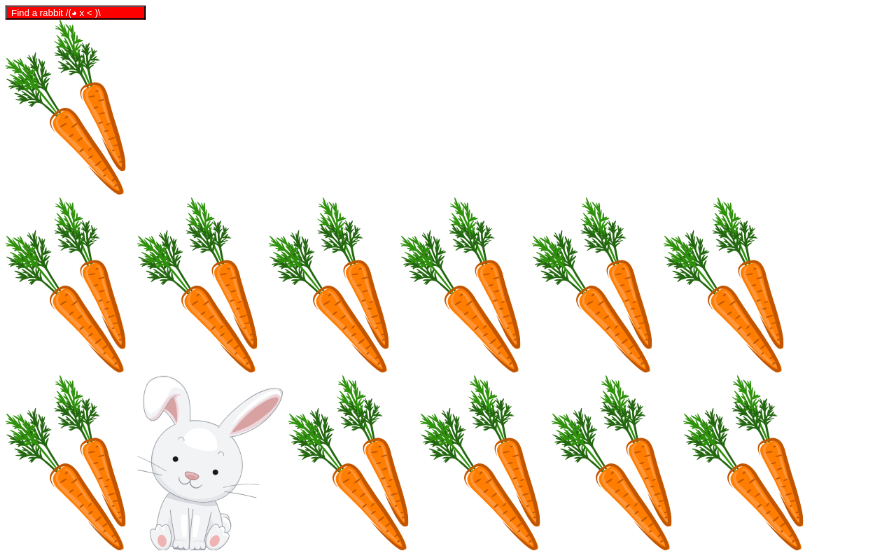
Repository: DongjaJ/Browser
Page: rabbits practice/index.html
The author's editor kept a copy of each file at every save. The page is drawn from the files as they stood at one save, then again after the next save.
The browser window is 1280 px wide. The pictures show the part of the page from y = 0 to 1920 px (the page is 798 px tall before and 3845 px after), at 70% of full size.

Above is the page before, as saved 2022-09-14 22:59:33.

After the next save:
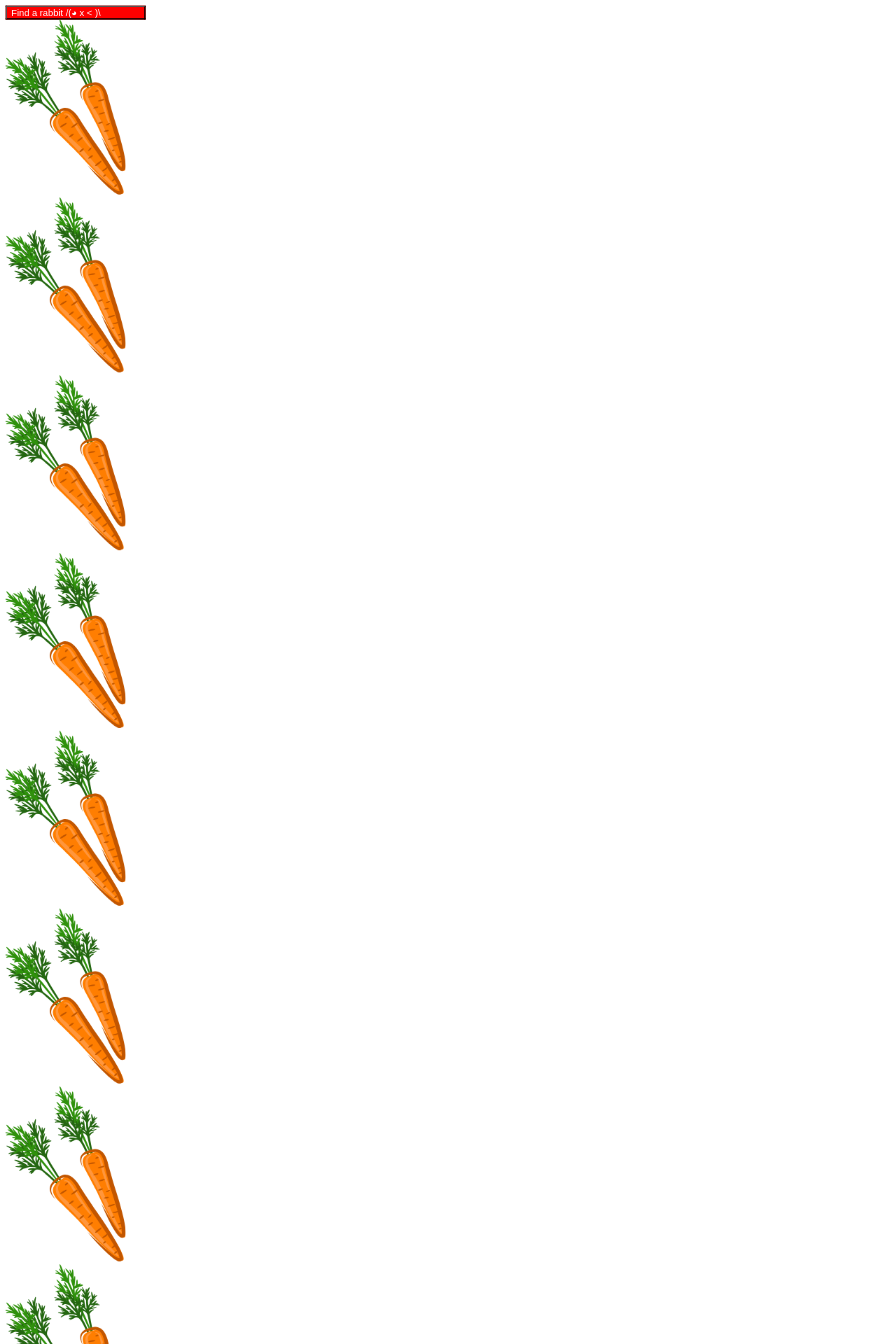
Saved 37 s later.
--- a/rabbits practice/index.html
+++ b/rabbits practice/index.html
@@ -20,18 +20,21 @@
     <script></script>
     <button>Find a rabbit  /(◕ x < )\</button>
     <div> <img src="./img/carrot.png" alt=""> </div>
+    <div> <img src="./img/carrot.png" alt=""> </div>
+    <div> <img src="./img/carrot.png" alt=""> </div>
+    <div> <img src="./img/carrot.png" alt=""> </div>
+    <div> <img src="./img/carrot.png" alt=""> </div>
+    <div> <img src="./img/carrot.png" alt=""> </div>
+    <div> <img src="./img/carrot.png" alt=""> </div>
+    <div> <img src="./img/carrot.png" alt=""> </div>
+    <div> <img src="./img/carrot.png" alt=""> </div>
+    <div> <img src="./img/carrot.png" alt=""> </div>
 
-    <img src="./img/carrot.png" alt="">
-    <img src="./img/carrot.png" alt="">
-    <img src="./img/carrot.png" alt="">
-    <img src="./img/carrot.png" alt="">
-    <img src="./img/carrot.png" alt="">
-    <img src="./img/carrot.png" alt="">
-    <img src="./img/carrot.png" alt="">
-    <img src="./img/rabbit.png" class="rabbit" alt="">
-    <img src="./img/carrot.png" alt="">
-    <img src="./img/carrot.png" alt="">
-    <img src="./img/carrot.png" alt="">
-    <img src="./img/carrot.png" alt="">
+    <div><img src="./img/rabbit.png" class="rabbit" alt=""></div>
+
+    <div> <img src="./img/carrot.png" alt=""> </div>
+    <div> <img src="./img/carrot.png" alt=""> </div>
+    <div> <img src="./img/carrot.png" alt=""> </div>
+    <div> <img src="./img/carrot.png" alt=""> </div>
   </body>
 </html>
